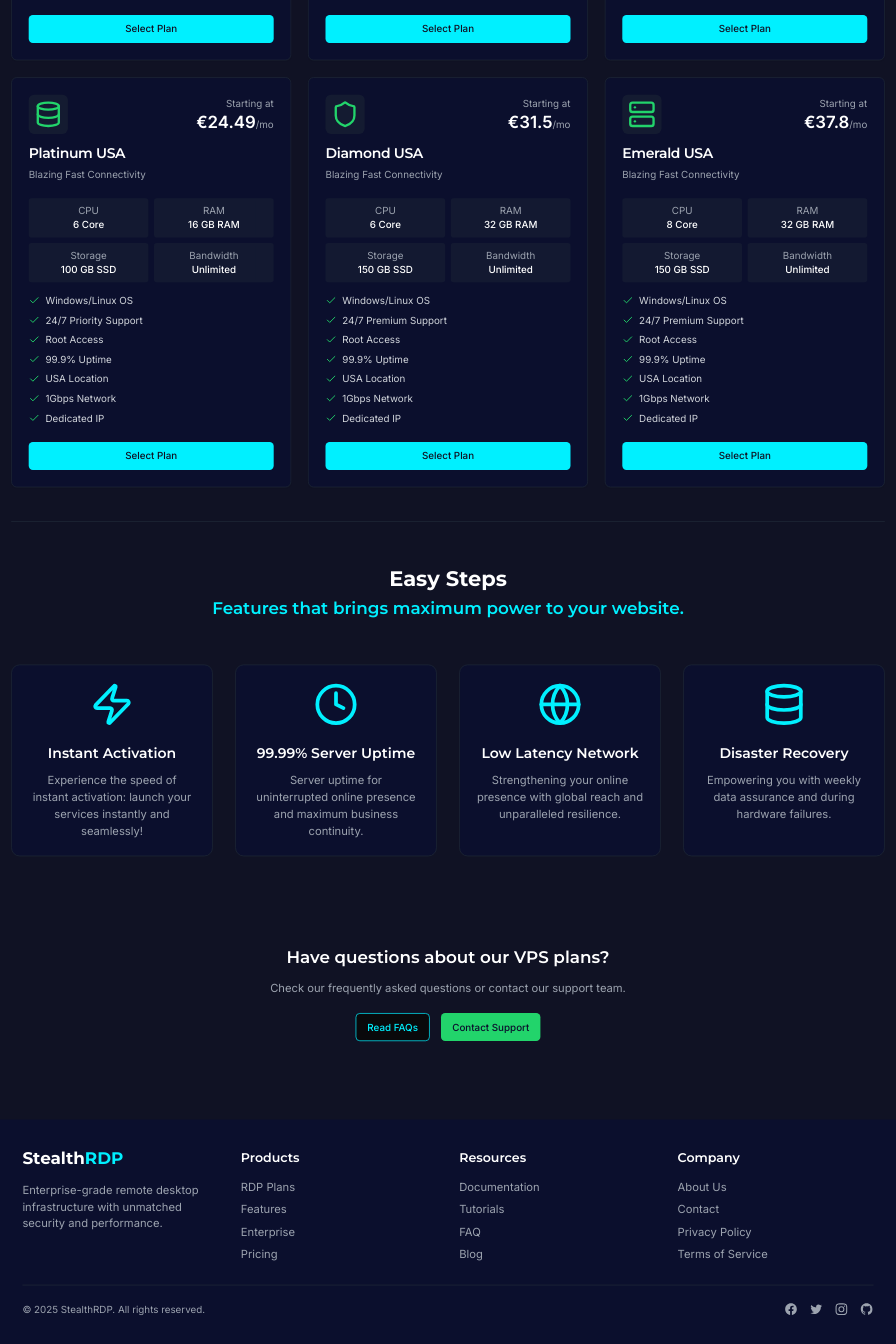
Repository: Husnainn01/stealthrdp2
Page: /plans
These files come from the project's save history. The page is drawn as it stood at one moment and after the next save; the edit follows.
The browser window is 1280 px wide. The pictures show the part of the page from y = 956 to 2876 px (the page is 2876 px tall before and 2832 px after), at 70% of full size.
The project was rebuilt for these pictures with package versions that can differ from the ones it lists, and the page was loaded fresh each time. Also part of the build but not shown: vite.config.ts, src/components/ui/tooltip.tsx, src/pages/Index.tsx, src/components/ui/accordion.tsx, src/pages/FAQ.tsx, src/pages/Features.tsx, src/pages/NotFound.tsx.

Above is the page before, as saved 2025-05-05 02:53:04.

After the next save:
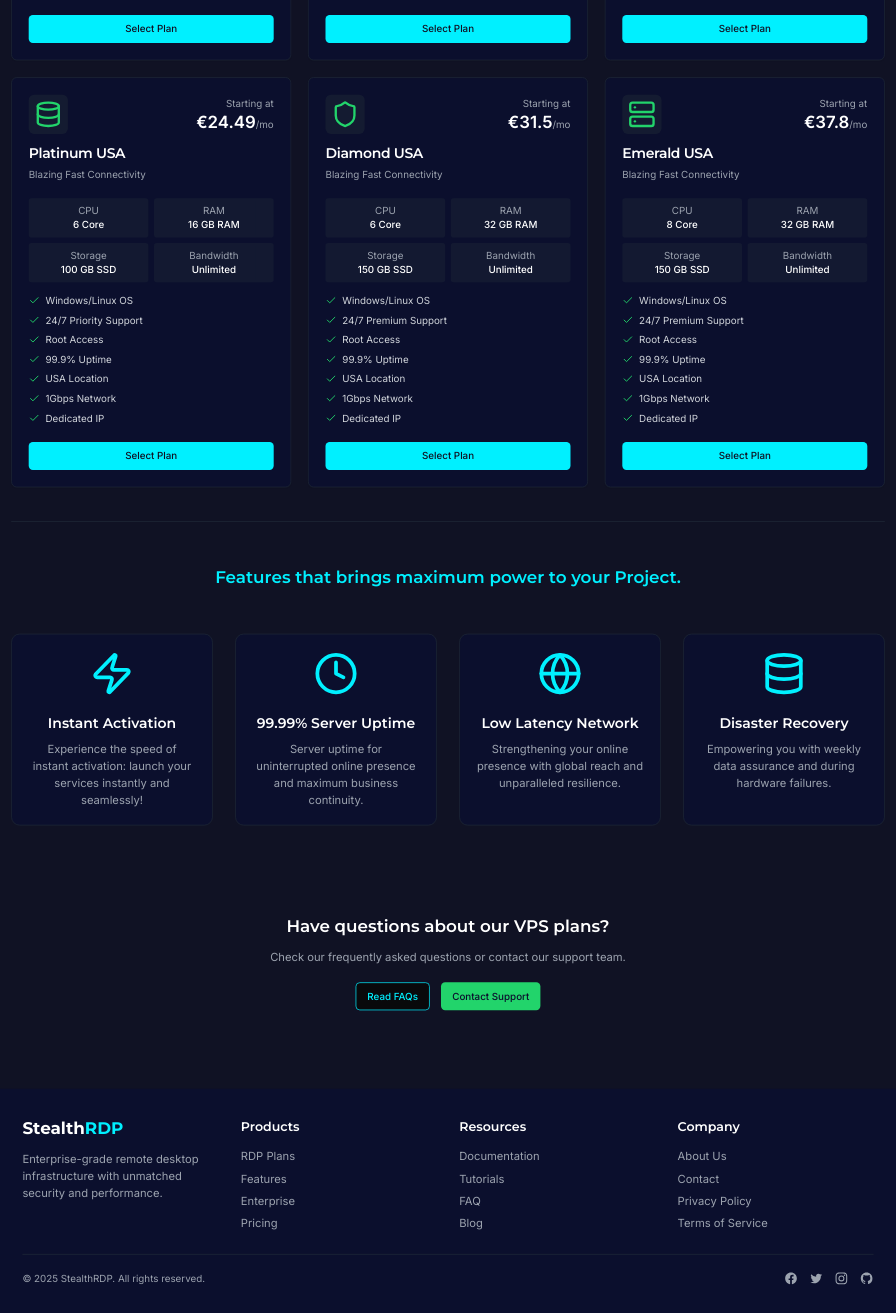
Saved 4 min 23 s later.
--- a/src/pages/Plans.tsx
+++ b/src/pages/Plans.tsx
@@ -383,9 +383,8 @@
           {/* Easy Steps Section */}
           <div className="py-16 border-t border-gray-800">
             <div className="text-center mb-16">
-              <h2 className="text-2xl md:text-3xl font-bold text-white mb-2">Easy Steps</h2>
               <h3 className="text-xl md:text-2xl font-semibold text-electric mb-4">
-                Features that brings maximum power to your website.
+                Features that brings maximum power to your Project.
               </h3>
             </div>
 
